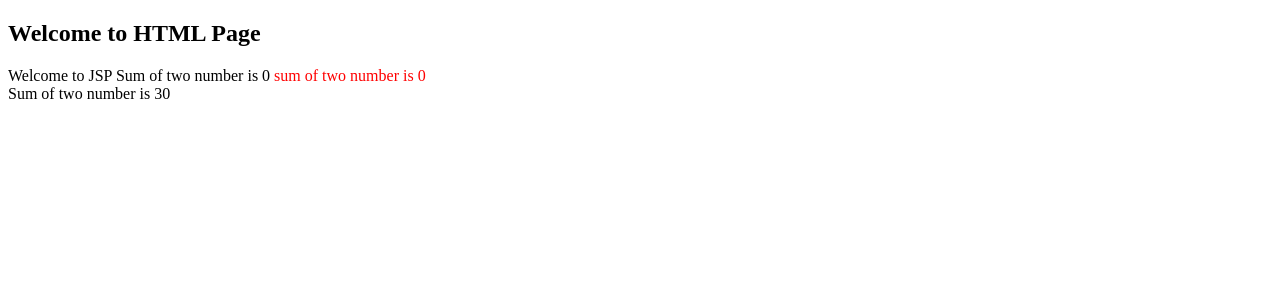
Repository: Kaleakash/onmobilebangalorejavafullstack
Page: http://localhost/JSPDemo/demo.jsp
These files come from the project's save history. The page is drawn as it stood at one moment and after the next save; the edit follows.
The browser window is 1280 px wide. The pictures show the whole page.
The page is served by Tomcat 9.

Above is the page before, as saved 2019-10-12 07:15:17.

After the next save:
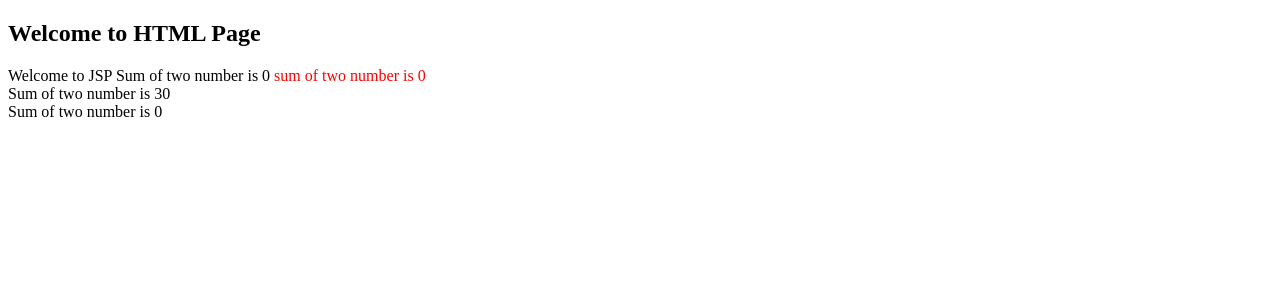
Saved 48 s later.
--- a/jee workspace/JSPDemo/WebContent/demo.jsp
+++ b/jee workspace/JSPDemo/WebContent/demo.jsp
@@ -18,6 +18,7 @@
 %>
 <br/>
 Sum of two number is <%=10+20 %>
-
+<br/>
+Sum of two number is <%=sum %>
 </body>
 </html>
